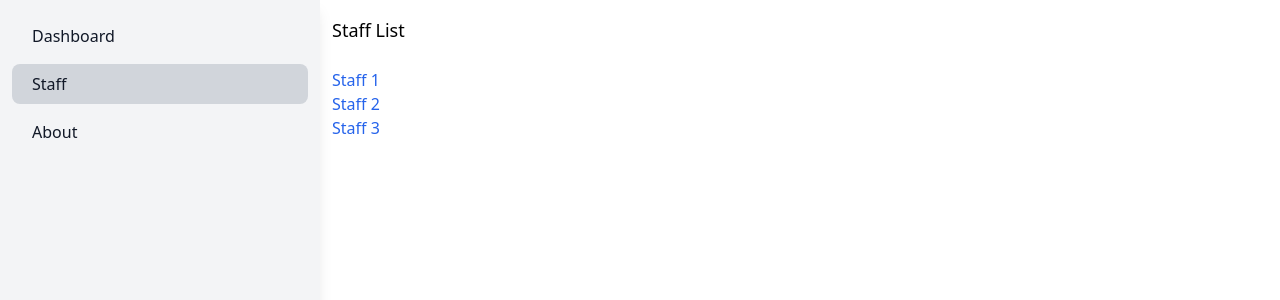
Repository: daohuyhoang9119/React-Router-6.4--Practice
Page: /staff
The author's editor kept a copy of each file at every save. The page is drawn from the files as they stood at one save, then again after the next save.
The browser window is 1280 px wide. The pictures show the whole page.
The project was rebuilt for these pictures with package versions that can differ from the ones it lists, and the page was loaded fresh each time. Also part of the build but not shown: src/components/AddStaff/AddStaff.tsx, src/pages/About/About.tsx, src/pages/Dashboard/Dashboard.tsx, src/components/StaffItem/StaffItem.tsx.

Above is the page before, as saved 2022-11-07 20:19:33.

### src/App.tsx
import AddStaff from 'components/AddStaff'
import MainLayout from 'layouts/MainLayout'
import About from 'pages/About'
import Dashboard from 'pages/Dashboard'
import StaffList from 'pages/StaffList'
import { Route, Routes } from 'react-router-dom'
import StaffItem from './components/StaffItem/StaffItem'

function App() {
  return (
    <div className='App'>
      <MainLayout>
        <Routes>
          <Route path='/' element={<Dashboard />} />
          <Route path='/about' element={<About />} />
          <Route path='/staff' element={<StaffList />} />
          <Route path='/staff/:id' element={<StaffItem />} />
          <Route path='/staff/add' element={<AddStaff />} />
        </Routes>
      </MainLayout>
    </div>
  )
}

export default App

### src/components/AddStaff/index.ts
import AddStaff from './AddStaff'

export default AddStaff

### src/pages/StaffList/index.ts
import StaffList from './StaffList'

export default StaffList

### src/layouts/MainLayout/MainLayout.tsx
import React from 'react'
import { Route, Link, NavLink } from 'react-router-dom'

interface Props {
  children?: React.ReactNode
}
export default function MainLayout({ children }: Props) {
  return (
    <div className='grid min-h-screen grid-cols-4'>
      <aside className='col-span-1' aria-label='Sidebar'>
        <div className='h-full overflow-y-auto bg-gray-100 py-4 px-3 shadow-lg'>
          <ul className='space-y-2'>
            <li>
              <NavLink
                to='/'
                end
                // className='flex items-center rounded-lg bg-gray-300 p-2 text-base font-normal text-gray-900 hover:bg-gray-300'
                className={({ isActive }) => {
                  const activeClass = isActive ? 'bg-gray-300 font-bold' : ''
                  return `flex items-center rounded-lg ${activeClass} p-2 text-base font-normal text-gray-900 hover:bg-gray-300`
                }}
              >
                <span className='ml-3'>Dashboard</span>
              </NavLink>
            </li>
            <li>
              <NavLink
                to='/staff'
                className={({ isActive }) => {
                  const activeClass = isActive ? 'bg-gray-300 font-bold' : ''
                  return `flex items-center rounded-lg ${activeClass} p-2 text-base font-normal text-gray-900 hover:bg-gray-300`
                }}
              >
                <span className='ml-3'>Staff</span>
              </NavLink>
            </li>
            <li>
              <NavLink
                to='/about'
                className={({ isActive }) => {
                  const activeClass = isActive ? 'bg-gray-300 font-bold' : ''
                  return `flex items-center rounded-lg ${activeClass} p-2 text-base font-normal text-gray-900 hover:bg-gray-300`
                }}
              >
                <span className='ml-3'>About</span>
              </NavLink>
            </li>
          </ul>
        </div>
      </aside>
      <main className='col-span-3 h-full py-4 px-3'>{children}</main>
    </div>
  )
}

### src/pages/StaffList/StaffList.tsx
import AddStaff from 'components/AddStaff'
import { Link } from 'react-router-dom'
export default function StaffList() {
  return (
    <div>
      <h1 className='mb-6 text-lg'>Staff List</h1>
      {/* <div className='border-b border-gray-200 text-center text-sm font-medium text-gray-500  '>
        <ul className='-mb-px flex flex-wrap'>
          <li className='mr-2'>
            <a
              href='#'
              className='inline-block rounded-t-lg border-b-2 border-transparent p-4 hover:border-gray-300 hover:text-gray-600 '
            >
              Profile
            </a>
          </li>
          <li className='mr-2'>
            <a
              href='#'
              className='active inline-block rounded-t-lg border-b-2 border-blue-600 p-4 text-blue-600 '
              aria-current='page'
            >
              Dashboard
            </a>
          </li>
        </ul>
      </div> */}

      <ul>
        <li>
          <Link to='/staff/1' className='font-medium text-blue-600 hover:underline dark:text-blue-500'>
            Staff 1
          </Link>
        </li>
        <li>
          <Link to='/staff/2' className='font-medium text-blue-600 hover:underline dark:text-blue-500'>
            Staff 2
          </Link>
        </li>
        <li>
          <Link to='/staff/3' className='font-medium text-blue-600 hover:underline dark:text-blue-500'>
            Staff 3
          </Link>
        </li>
      </ul>
      {/* <AddStaff /> */}
    </div>
  )
}

Loaded but not shown: public/index.html (common file); src/index.tsx (common file); src/index.css (common file); src/reportWebVitals.ts (common file); src/layouts/MainLayout/index.ts (common file); src/pages/About/index.ts (common file); src/pages/Dashboard/index.ts (common file); tailwind.config.js (common file)

After the next save:
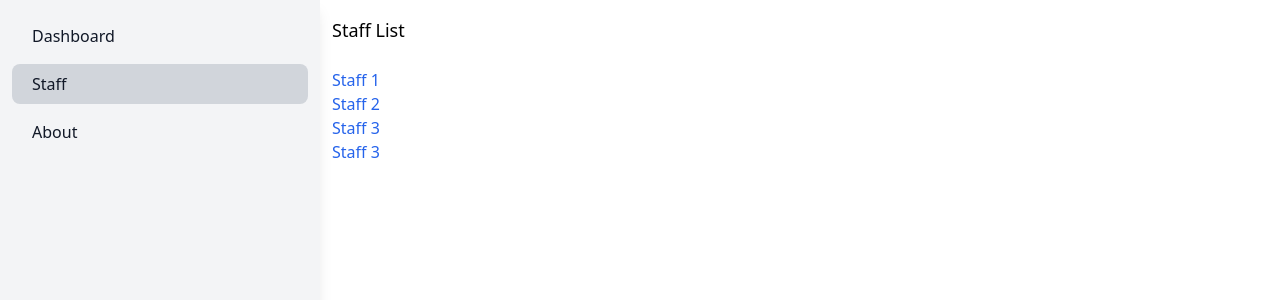
Saved 105 s later.
--- a/src/pages/StaffList/StaffList.tsx
+++ b/src/pages/StaffList/StaffList.tsx
@@ -43,6 +43,10 @@ export default function StaffList() {
           </Link>
         </li>
       </ul>
+      <Link to='/staff/3' className='font-medium text-blue-600 hover:underline dark:text-blue-500'>
+        Staff 3
+      </Link>
+
       {/* <AddStaff /> */}
     </div>
   )
